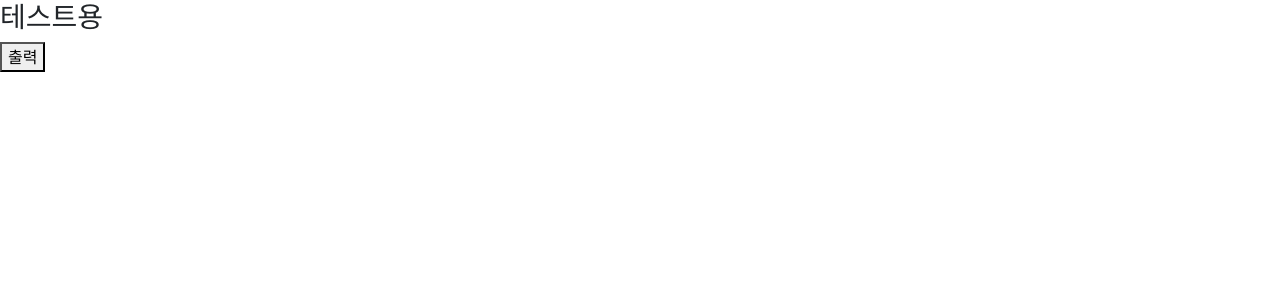
Repository: ChanHyeokKong/tripful
Page: http://localhost/TripFul_Project/Git_test_page/test_main.jsp
The author's editor kept a copy of each file at every save. The page is drawn from the files as they stood at one save, then again after the next save.
The browser window is 1280 px wide. The pictures show the whole page.
Some web fonts or font styles are not loaded; a fallback is used. The page is served by Tomcat 9. Other server files are loaded and not shown.

Above is the page before, as saved 2025-05-20 06:01:42.

### Project_TripFul/TripFul_Project/src/main/webapp/Git_test_page/test_main.jsp
<%@ page language="java" contentType="text/html; charset=UTF-8"
	pageEncoding="UTF-8"%>
<!DOCTYPE html>
<html>
<head>
<meta charset="UTF-8">
<link
	href="https://cdn.jsdelivr.net/npm/bootstrap@5.3.3/dist/css/bootstrap.min.css"
	rel="stylesheet">
<link
	href="https://fonts.googleapis.com/css2?family=Dongle&family=Nanum+Brush+Script&family=Nanum+Myeongjo&family=Nanum+Pen+Script&display=swap"
	rel="stylesheet">
<script
	src="https://cdn.jsdelivr.net/npm/bootstrap@5.3.3/dist/js/bootstrap.bundle.min.js"></script>
<script src="https://code.jquery.com/jquery-3.7.1.js"></script>

<title>Insert title here</title>

</head>
<body>
	<div>
	<h3>테스트용</h3>
	<button>출력</button>

	</div>
</body>
</html>

After the next save:
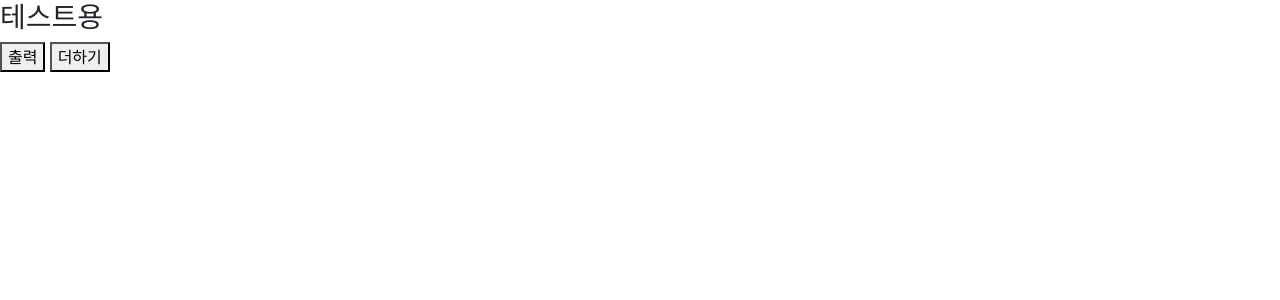
Saved 9 s later.
--- a/Project_TripFul/TripFul_Project/src/main/webapp/Git_test_page/test_main.jsp
+++ b/Project_TripFul/TripFul_Project/src/main/webapp/Git_test_page/test_main.jsp
@@ -22,6 +22,8 @@
 	<h3>테스트용</h3>
 	<button>출력</button>
 
+	<button>더하기</button>
+
 	</div>
 </body>
 </html>
